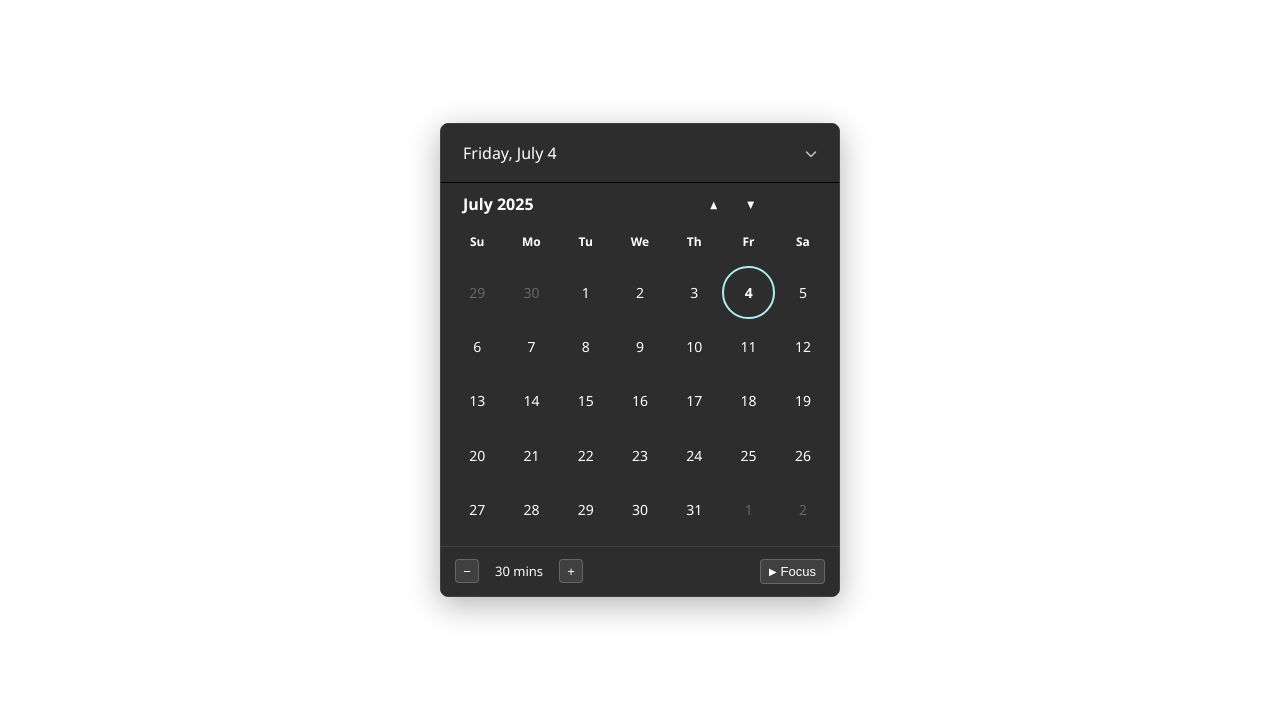
Repository: ThuTrang-jvb/JVB_BT2
Page: index.html
The author's editor kept a copy of each file at every save. The page is drawn from the files as they stood at one save, then again after the next save.
The browser window is 1280 px wide. The pictures show the whole page.

Above is the page before, as saved 2025-07-07 11:23:55.

After the next save:
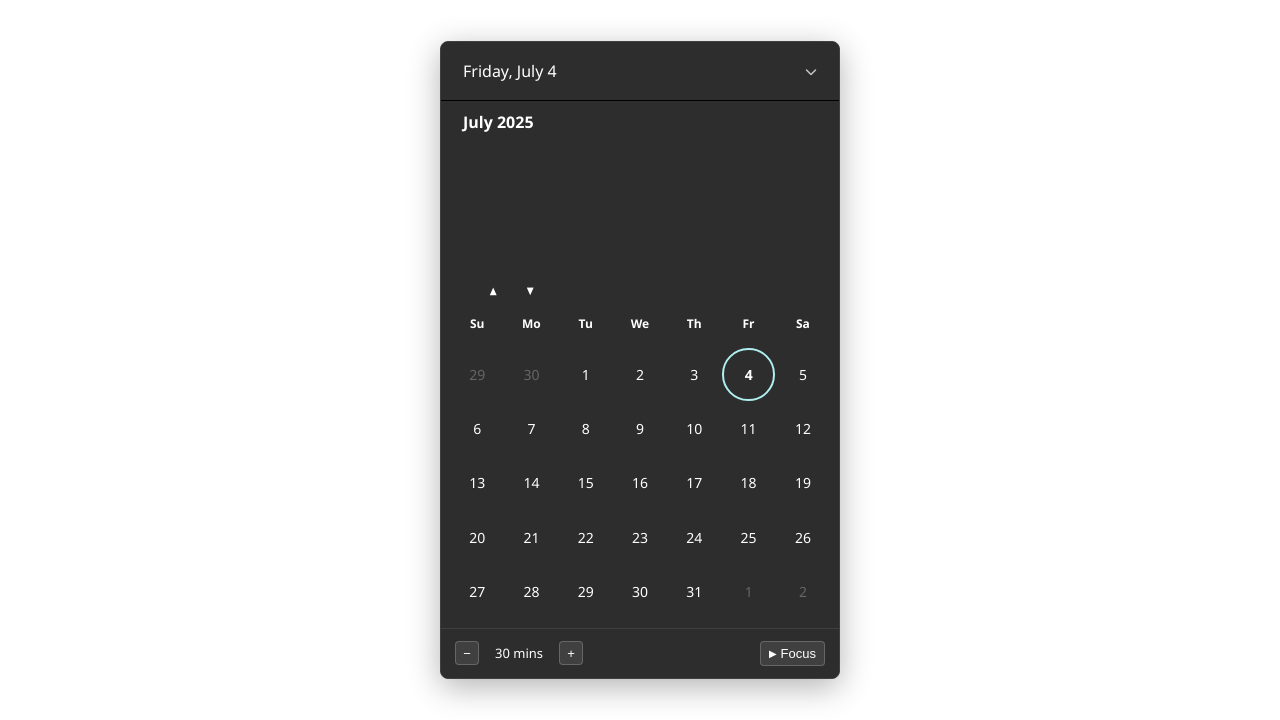
Saved 6 s later.
--- a/style.css
+++ b/style.css
@@ -64,7 +64,7 @@
 
 .title-block {
     display: grid;
-    grid-template-columns: repeat(2,2fr);
+    grid-template-columns: repeat(2,fr);
     justify-content: space-between;
     align-items: center;
     gap: 150px;

After the 3 saves that followed:
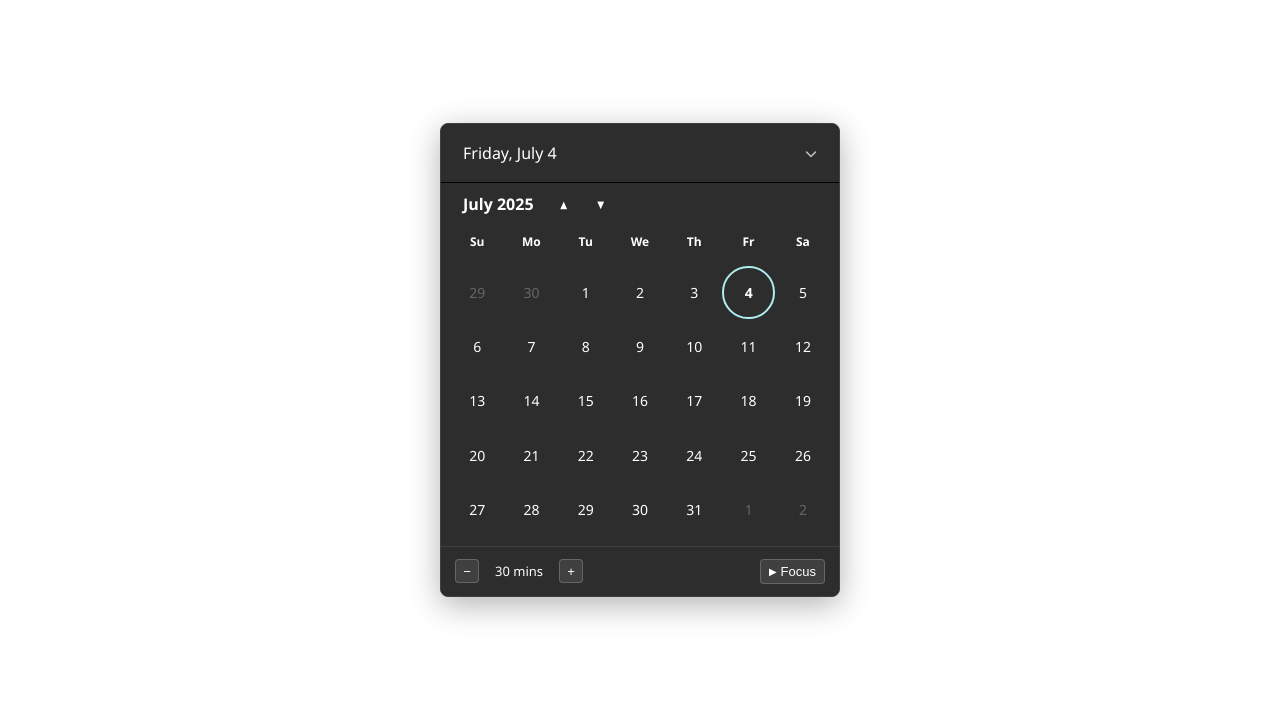
The 3 saves are shown as one change because they came seconds apart.
The last was saved 10 s later.
--- a/style.css
+++ b/style.css
@@ -64,10 +64,9 @@
 
 .title-block {
     display: grid;
-    grid-template-columns: repeat(2,fr);
-    justify-content: space-between;
-    align-items: center;
-    gap: 150px;
+    grid-template-columns: repeat(2,1fr);
+    justify-content: space-between;
+    align-items: center;
     font-size: 16px;
     font-weight: 600;
     color: #ffffff;
